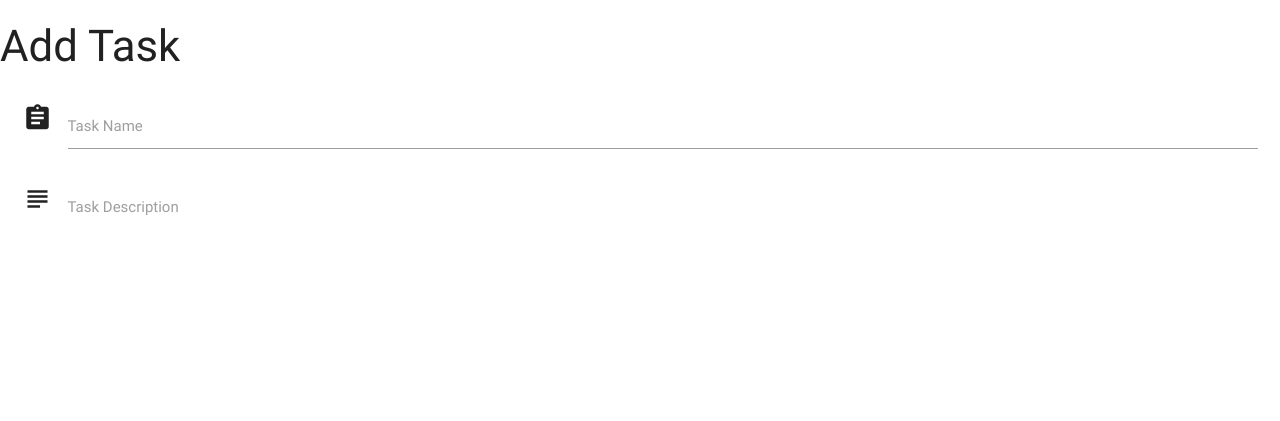
Repository: kalkiboru111/task-manager
Page: http://localhost/add_task
The author's editor kept a record of every edit. The page is drawn from the files as they stood at one moment, then again after the next edit.
The browser window is 1280 px wide. The pictures show the whole page.
The page is served by the project's application, run on Flask 3 (app.py).

Above is the page before.

After the next edit:
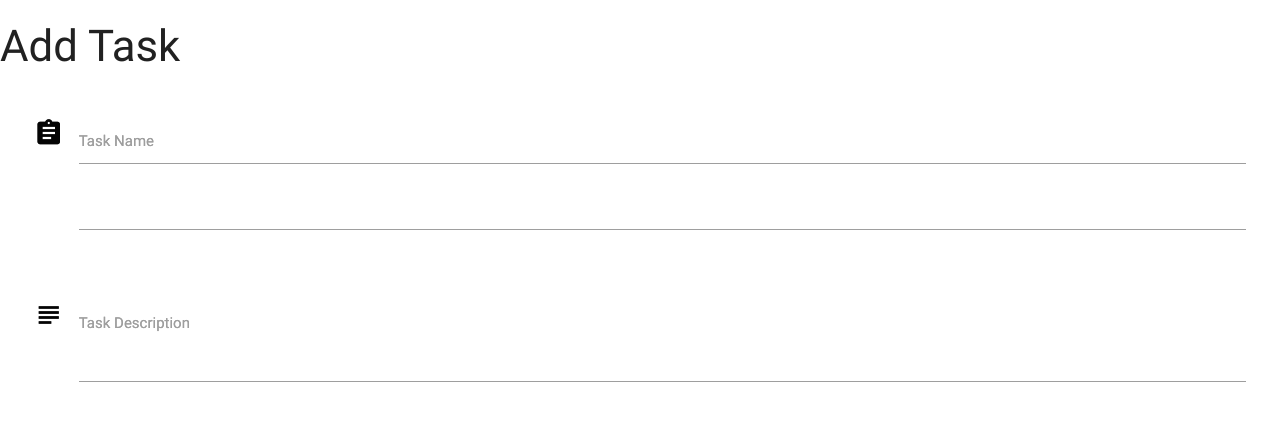
The edit:
--- a/templates/addtask.html
+++ b/templates/addtask.html
@@ -3,20 +3,28 @@
 <h3>Add Task</h3>
 
 <div class="row">
-    <form action="" method="POST" class="col s12">
-        <div class="row">
-            <div class="input-field col s12">
-                <i class="material-icons prefix">assignment</i>
-                <input id="task_name" name="task_name" type="text" class="validate">
-                <label for="icon-prefix">Task Name</label>
-            </div>
-            <div class="input-field col s12">
-                <i class="material-icons prefix">subject</i>
-                <text_area name="task_description" id="task_description" class="materialize_textarea"></text_area>
-                <label for="icon_telephone">Task Description</label>
-            </div>
-        </div>
-    </form>
-</div>
+    <div class="row">
+        <form action="" method="POST" class="col s12">
+            <form action="" method="POST" class="col s12">
+                <div class="row">
+                    <div class="row">
+                        <div class="input-field col s12">
+                            <div class="input-field col s12">
+                                <i class="material-icons prefix">assignment</i> <i class="material-icons prefix">assignment</i>
+                                <input id="task_name" name="task_name" type="text"> <input id="task_name" name="task_name" type="text" class="validate">
+                                <label for="icon_prefix">Task Name</label> <label for="icon-prefix">Task Name</label>
+                            </div>
+                        </div>
+                    </div>
+                    <div class="row">
+                        <div class="input-field col s12">
+                            <div class="input-field col s12">
+                                <i class="material-icons prefix">subject</i> <i class="material-icons prefix">subject</i>
+                                <textarea name="task_description" id="task_description" class="materialize-textarea"></textarea>
+                                <text_area name="task_description" id="task_description" class="materialize_textarea"></text_area>
+                                <label for="icon_telephone">Task Description</label> <label for="icon_telephone">Task Description</label>
+                            </div>
+                        </div>
+                    </div>
 
-{% endblock %}
+                    {% endblock %}
